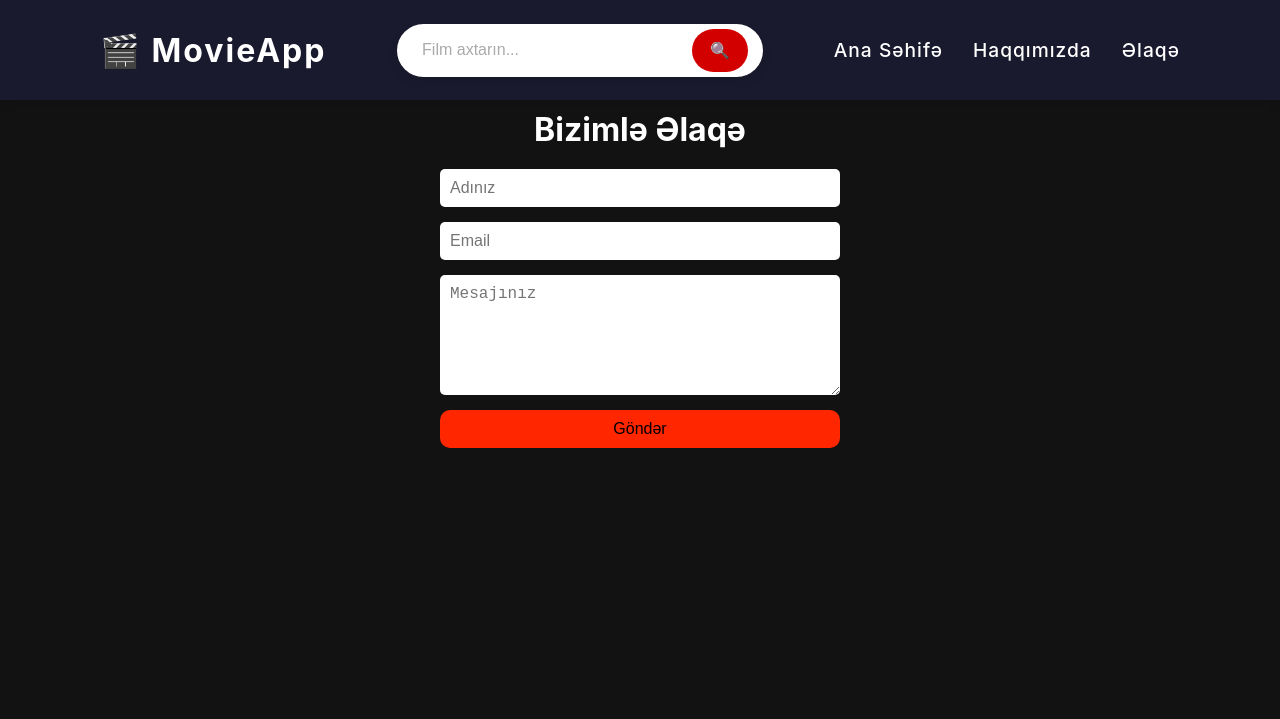
Repository: Zulfiyya077/InternIntelligence_MovieWebsite
Page: /contact
These files come from the project's save history. The page is drawn as it stood at one moment and after the next save; the edit follows.
The browser window is 1280 px wide. The pictures show the whole page.
The project was rebuilt for these pictures with package versions that can differ from the ones it lists, and the page was loaded fresh each time. Also part of the build but not shown: vite.config.js, src/services/MovieService.jsx, src/components/MovieCard.module.css, src/components/MovieCard.jsx, src/pages/Home.module.css, src/pages/Home.jsx, src/pages/MovieDetailsPage.module.css, src/pages/MovieDetailsPage.jsx and 4 more.

Above is the page before, as saved 2025-02-24 02:18:13.

### src/App.jsx
import React from 'react';
import { BrowserRouter as Router, Routes, Route } from 'react-router-dom';
import Home from './pages/Home';
import MovieDetailsPage from './pages/MovieDetailsPage';
import Navbar from './components/Navbar';
import styles from './App.module.css';
import About from './pages/About';
import Contact from './pages/Contact';
import SearchResultsPage from './pages/SearchResultsPage';
SearchResultsPage
const App = () => {
    return (
        <Router>
            <div className={styles.app}>
                <Navbar />
                <Routes>
                    <Route path="/" element={<Home />} />
                    <Route path="/about" element={<About />} />
                    <Route path="/contact" element={<Contact />} />
                    <Route path="" element={<SearchResultsPage />} />
                    <Route path="/movie/:id" element={<MovieDetailsPage />} />
                </Routes>
            </div>
        </Router>
    );
};

export default App;

### src/components/Navbar.jsx
import React from 'react';
import { Link } from 'react-router-dom';
import SearchBar from './SearchBar';
import styles from './Navbar.module.css';

const Navbar = () => {
    return (
        <nav className={styles.navbar}>
            <div className={styles.logo}>
                <Link to="/">🎬 MovieApp</Link>
            </div>
            <SearchBar />
            <ul className={styles.navLinks}>
                <li><Link to="/">Ana Səhifə</Link></li>
                <li><Link to="/about">Haqqımızda</Link></li>
                <li><Link to="/contact">Əlaqə</Link></li>
            </ul>
        </nav>
    );
};

export default Navbar;

### src/App.module.css
*{
  margin: 0;
  padding: 0;
}



.app-container {
  display: flex;
  flex-direction: column;
  align-items: center;
  padding: 20px;
}

.movie-list {
  display: flex;
  flex-wrap: wrap;
  justify-content: center;
}

.movie-card {
  margin: 10px;
  border: 1px solid #ccc; /* İsteğe bağlı */
  padding: 10px; /* İsteğe bağlı */
}

.movie-card img {
  max-width: 200px; /* İsteğe bağlı */
}

### src/pages/Contact.jsx
import React, { useState } from 'react';
import styles from './Contact.module.css';

const Contact = () => {
    const [name, setName] = useState('');
    const [email, setEmail] = useState('');
    const [message, setMessage] = useState('');

    const handleSubmit = (e) => {
        e.preventDefault();
        alert(`Təşəkkürlər, ${name}! Mesajınız göndərildi.`);
        setName('');
        setEmail('');
        setMessage('');
    };

    return (
        <div className={styles.contact}>
            <h2>Bizimlə Əlaqə</h2>
            <form onSubmit={handleSubmit}>
                <input
                    type="text"
                    placeholder="Adınız"
                    value={name}
                    onChange={(e) => setName(e.target.value)}
                    required
                />
                <input
                    type="email"
                    placeholder="Email"
                    value={email}
                    onChange={(e) => setEmail(e.target.value)}
                    required
                />
                <textarea
                    placeholder="Mesajınız"
                    value={message}
                    onChange={(e) => setMessage(e.target.value)}
                    required
                ></textarea>
                <button type="submit">Göndər</button>
            </form>
        </div>
    );
};

export default Contact;

### src/components/SearchBar.jsx
import React, { useState } from 'react';
import { useNavigate } from 'react-router-dom';
import styles from './SearchBar.module.css';

const SearchBar = () => {
    const [query, setQuery] = useState('');
    const navigate = useNavigate();

    const handleSearch = (e) => {
        e.preventDefault();
        if (query.trim()) {
            navigate(`/search/${query}`);
            setQuery('');
        }
    };

    return (
        <form onSubmit={handleSearch} className={styles.searchBar}>
            <input
                type="text"
                placeholder="Film axtarın..."
                value={query}
                onChange={(e) => setQuery(e.target.value)}
            />
            <button type="submit">🔍</button>
        </form>
    );
};

export default SearchBar;

### src/components/Navbar.module.css
/* Navbar */
.navbar {
    display: flex;
    align-items: center;
    justify-content: space-between;
    background-color: #2f2f3d; /* Daha qaranlıq bir fon */
    padding: 10px 100px;
    color: white;
    box-shadow: 0 4px 8px rgba(0, 0, 0, 0.1); /* Sıx kölgə əlavə edildi */
    position: sticky;
    top: 0;
    z-index: 1000;
    transition: background-color 0.3s ease;
    height: 80px;
}

.navbar:hover {
    background-color: #1a1a2e; /* Navbar-ın hover effekti */
}

.logo a {
    font-size: 2rem;
    color: white;
    text-decoration: none;
    font-weight: 700;
    letter-spacing: 2px;
    transition: transform 0.3s ease, color 0.3s ease;
}

.logo a:hover {
    transform: scale(1.1); /* Hover effekti ilə logo böyüyəcək */
    color: #ffcc00; /* Hoverda logo rəngi dəyişir */
}

.navLinks {
    list-style: none;
    display: flex;
    gap: 30px;
}

.navLinks li {
    position: relative;
}

.navLinks li a {
    color: white;
    text-decoration: none;
    font-size: 1.2rem;
    font-weight: 500;
    letter-spacing: 1px;
    transition: color 0.3s ease, transform 0.3s ease;
}

.navLinks li a:hover {
    color: #ffcc00;
    transform: translateY(-5px); /* Hoverda yuxarı doğru hərəkət edir */
}

/* Underline hover animation */
.navLinks li a::after {
    content: '';
    position: absolute;
    width: 0;
    height: 2px;
    background-color: #ffcc00;
    left: 50%;
    bottom: -5px;
    transition: width 0.3s, left 0.3s;
    transform: translateX(0%);
}

.navLinks li a:hover::after {
    width: 100%; /* Hover edildikdə alt xətt tam görünür */
    left: 0;
}

/* Animation for navbar items */
.navLinks li {
    animation: fadeInUp 0.5s ease-out forwards;
    opacity: 0;
}

.navLinks li:nth-child(1) {
    animation-delay: 0.2s;
}

.navLinks li:nth-child(2) {
    animation-delay: 0.3s;
}

.navLinks li:nth-child(3) {
    animation-delay: 0.4s;
}

.navLinks li:nth-child(4) {
    animation-delay: 0.5s;
}

/* FadeInUp animation for nav items */
@keyframes fadeInUp {
    from {
        opacity: 0;
        transform: translateY(20px);
    }
    to {
        opacity: 1;
        transform: translateY(0);
    }
}

/* Responsive Navbar */
@media (max-width: 768px) {
    .navbar {
        flex-direction: column;
        padding: 15px 25px;
    }

    .navLinks {
        flex-direction: column;
        gap: 15px;
        margin-top: 20px;
    }

    .logo a {
        font-size: 1.8rem;
    }

    .navLinks li a {
        font-size: 1.2rem;
    }
}

### src/pages/Contact.module.css
.contact {
    text-align: center;
    padding: 10px;
    color: white;
    background-color: #121212;
    height: calc(100vh - 120px);
}

.contact h2 {
    font-size: 2rem;
    margin-bottom: 20px;
}

.contact form {
    display: flex;
    flex-direction: column;
    max-width: 400px;
    margin: 0 auto;
    gap: 15px;
}

.contact input,
.contact textarea {
    padding: 10px;
    font-size: 1rem;
    border: none;
    border-radius: 5px;
}

.contact textarea {
    height: 100px;
}

.contact button {
    background-color: #ff2600;
    border: none;
    padding: 10px;
    font-size: 1rem;
    cursor: pointer;
    border-radius: 10px;
}

.contact button:hover {
    background-color: #e6b800;
}

### src/components/SearchBar.module.css
/* Search Bar */
.searchBar {
    display: flex;
    align-items: center;
    background-color: white;
    border-radius: 30px;
    box-shadow: 0 4px 10px rgba(0, 0, 0, 0.1);
    transition: box-shadow 0.3s ease, transform 0.3s ease;
    padding: 5px 15px;
}

.searchBar:hover {
    transform: scale(1.05); /* Search bar hover zamanı yavaşca böyüyür */
    box-shadow: 0 6px 15px rgba(0, 0, 0, 0.15); /* Hover zamanı kölgə daha da artır */
}

.searchBar input {
    border: none;
    padding: 10px;
    outline: none;
    font-size: 1rem;
    width: 250px;
    transition: width 0.3s ease, padding 0.3s ease;
    border-radius: 20px;
    color: #333;
    font-weight: 500;
}

.searchBar input:focus {
    width: 300px; /* Fokus halında genişlənir */
    padding: 12px;
    transition: all 0.3s ease;
}

.searchBar input::placeholder {
    color: #aaa;
    font-weight: 300;
    transition: color 0.3s ease;
}

.searchBar input:focus::placeholder {
    color: #ffcc00; /* Fokus halında placeholder rəngi dəyişir */
}

.searchBar button {
    background-color: #d30000;
    border: none;
    padding: 12px 18px;
    cursor: pointer;
    font-size: 1rem;
    color: white;
    border-radius: 30px;
    margin-left: 10px;
    transition: background-color 0.3s ease, transform 0.3s ease;
}

.searchBar button:hover {
    background-color: #e6b800; /* Hoverda button rəngi dəyişir */
    transform: scale(1.1); /* Hoverda böyümə effekti */
}

.searchBar button:active {
    background-color: #d49e00; /* Klikləmə effekti */
    transform: scale(1); /* Tıkladıqda normal ölçüyə dönər */
}

.searchBar button:focus {
    outline: none;
    box-shadow: 0 0 0 4px rgba(255, 204, 0, 0.6); /* Fokusda şəffaf sarı rəngdə kontur */
}

Loaded but not shown: index.html (common file); src/main.jsx (common file); src/index.css (common file)

After the next save:
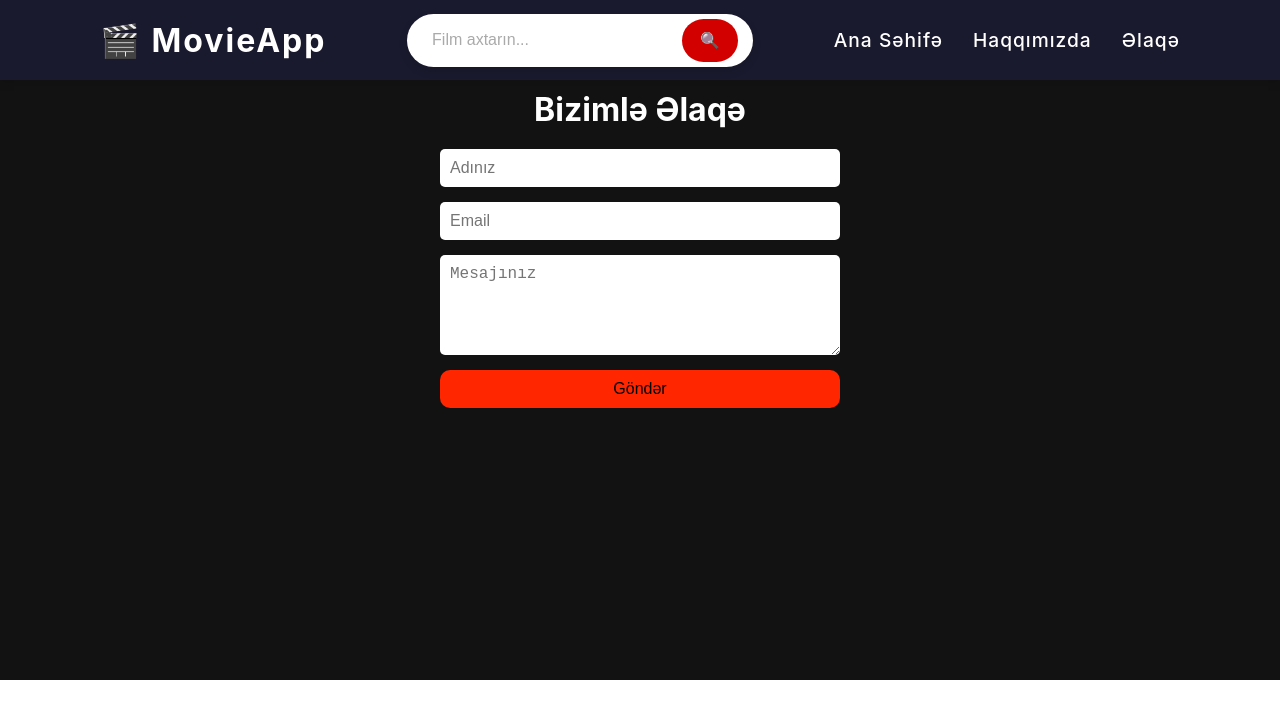
Saved 4 s later.
--- a/src/App.module.css
+++ b/src/App.module.css
@@ -1,6 +1,7 @@
 *{
   margin: 0;
   padding: 0;
+  box-sizing: border-box;
 }
 
 
